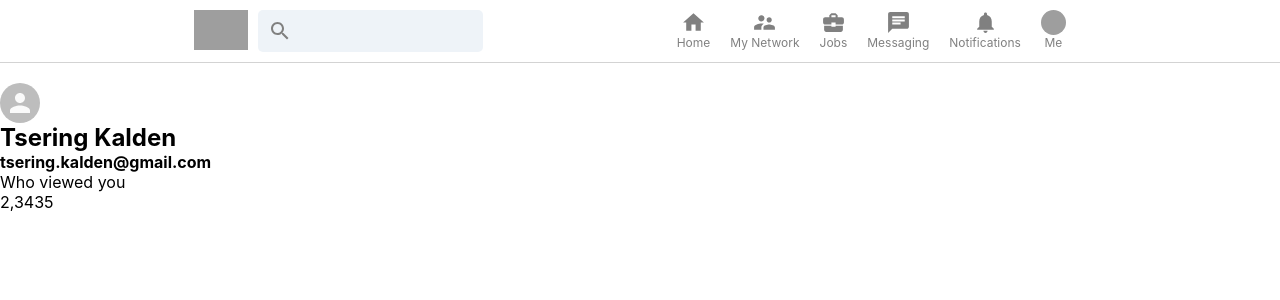
Repository: exiled-kal/linkedInreact-redux
Page: /
An editor plug-in stored every save of this project. The page is shown before and after the next save, followed by the edit.
The browser window is 1280 px wide. The pictures show the whole page.
Pictures or frames that could not be fetched are drawn as grey boxes. The project was rebuilt for these pictures with package versions that can differ from the ones it lists, and the page was loaded fresh each time. Also part of the build but not shown: src/App.css, src/Sidebar.css.

Above is the page before, as saved 2020-12-20 21:22:43.

### src/App.js
import React from 'react';
import './App.css';
import Header from './Header';
import Sidebar from './Sidebar';

function App() {
  return (
    <div className="app">
      <Header />

      {/* App Body */}
      <div className="app__body">
        <Sidebar />
      </div>
      {/* Sidebar */}
      {/* Feed */}
      {/* Widgets */}
    </div>
  );
}
export default App;

### src/Header.js
import React from 'react';
import './Header.css';
import SearchIcon from '@material-ui/icons/Search';
import HomeIcon from '@material-ui/icons/Home';
import SupervisorAccountIcon from '@material-ui/icons/SupervisorAccount';
import BusinessCenterIcon from '@material-ui/icons/BusinessCenter';
import ChatIcon from '@material-ui/icons/Chat';
import NotificationsIcon from '@material-ui/icons/Notifications';

import HeaderOption from './HeaderOption';

function Header() {
  return (
    <div className="header">
      <div className="header__left">
        <img
          src="https://www.flaticon.com/svg/static/icons/svg/174/174857.svg"
          alt=""
        />
        <div className="header__search">
          <SearchIcon />
          <input type="text" />
        </div>
      </div>
      <div className="header__right">
        <HeaderOption Icon={HomeIcon} title="Home" />
        <HeaderOption Icon={SupervisorAccountIcon} title="My Network" />
        <HeaderOption Icon={BusinessCenterIcon} title="Jobs" />
        <HeaderOption Icon={ChatIcon} title="Messaging" />
        <HeaderOption Icon={NotificationsIcon} title="Notifications" />
        <HeaderOption
          avatar="https://lh3.googleusercontent.com/ogw/ADGmqu_TO5DxpJaFKNCrPcspEX6tJRZjHj48Ofzpj3c1qw=s64-c-mo"
          title="Me"
        />
      </div>
    </div>
  );
}

export default Header;

### src/Sidebar.js
import {Avatar} from '@material-ui/core';
import React from 'react';
import './Sidebar.css';

function Sidebar() {
  return (
    <div className="sidebar">
      <div className="sidebar__top">
        <img src="" alt="" />
        <Avatar className="sidebar_avatar" />
        <h2>Tsering Kalden</h2>
        <h4>tsering.kalden@gmail.com</h4>
      </div>
      <div className="sidebar__stats">
        <div className="sidebar__stat">
          <p>Who viewed you</p>
          <p className="sidebar__statNumber">2,3435</p>
        </div>
        <div className="sidebar__stat"></div>
      </div>
      {/* <div className="sidebar__bottom"></div> */}
    </div>
  );
}

export default Sidebar;

### src/features/counter/counterSlice.js
import { createSlice } from '@reduxjs/toolkit';

export const counterSlice = createSlice({
  name: 'counter',
  initialState: {
    value: 0,
  },
  reducers: {
    increment: state => {
      // Redux Toolkit allows us to write "mutating" logic in reducers. It
      // doesn't actually mutate the state because it uses the Immer library,
      // which detects changes to a "draft state" and produces a brand new
      // immutable state based off those changes
      state.value += 1;
    },
    decrement: state => {
      state.value -= 1;
    },
    incrementByAmount: (state, action) => {
      state.value += action.payload;
    },
  },
});

export const { increment, decrement, incrementByAmount } = counterSlice.actions;

// The function below is called a thunk and allows us to perform async logic. It
// can be dispatched like a regular action: `dispatch(incrementAsync(10))`. This
// will call the thunk with the `dispatch` function as the first argument. Async
// code can then be executed and other actions can be dispatched
export const incrementAsync = amount => dispatch => {
  setTimeout(() => {
    dispatch(incrementByAmount(amount));
  }, 1000);
};

// The function below is called a selector and allows us to select a value from
// the state. Selectors can also be defined inline where they're used instead of
// in the slice file. For example: `useSelector((state) => state.counter.value)`
export const selectCount = state => state.counter.value;

export default counterSlice.reducer;

### src/Header.css
.header {
  position: sticky;
  top: 0;
  z-index: 999;
  display: flex;
  justify-content: space-evenly;
  border-bottom: 0.1px solid lightgray;
  padding-top: 10px;
  padding-bottom: 10px;
  width: 100%;
}

.header__left {
  display: flex;
}

.header__left > img {
  object-fit: contain;
  height: 40px;
  margin-right: 10px;
}

.header__search {
  padding: 10px;
  display: flex;
  align-items: center;
  border-radius: 5px;
  height: 22px;
  color: gray;
  background-color: #eef3f8;
}

.header__search > input {
  outline: none;
  border: none;
  background: none;
}

.header__right {
  display: flex;
}

### src/HeaderOption.js
import { Avatar } from '@material-ui/core';
import React from 'react';
import './HeaderOption.css';

function HeaderOption({avatar, title, Icon}) {
  return (
    <div className="headerOption">
      {Icon && <Icon className="headerOption__icon" />}
      {avatar && <Avatar className="headerOption__icon" src={avatar} />}
      <h3 className="headerOption__title">{title}</h3>
    </div>
  );
}

export default HeaderOption;

Loaded but not shown: public/index.html (common file); src/index.js (common file); src/index.css (common file); src/app/store.js (common file); src/serviceWorker.js (common file); src/HeaderOption.css (common file)

After the next save:
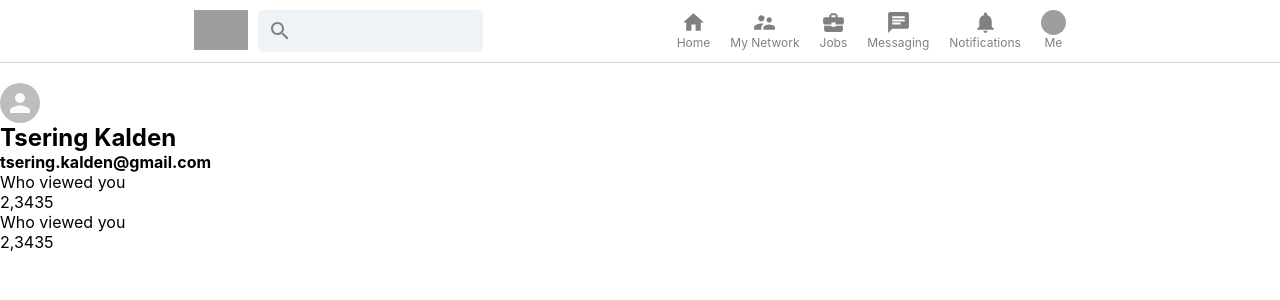
Saved 31 s later.
--- a/src/Sidebar.js
+++ b/src/Sidebar.js
@@ -16,7 +16,10 @@
           <p>Who viewed you</p>
           <p className="sidebar__statNumber">2,3435</p>
         </div>
-        <div className="sidebar__stat"></div>
+        <div className="sidebar__stat">
+        <p>Who viewed you</p>
+          <p className="sidebar__statNumber">2,3435</p>
+        </div>
       </div>
       {/* <div className="sidebar__bottom"></div> */}
     </div>
